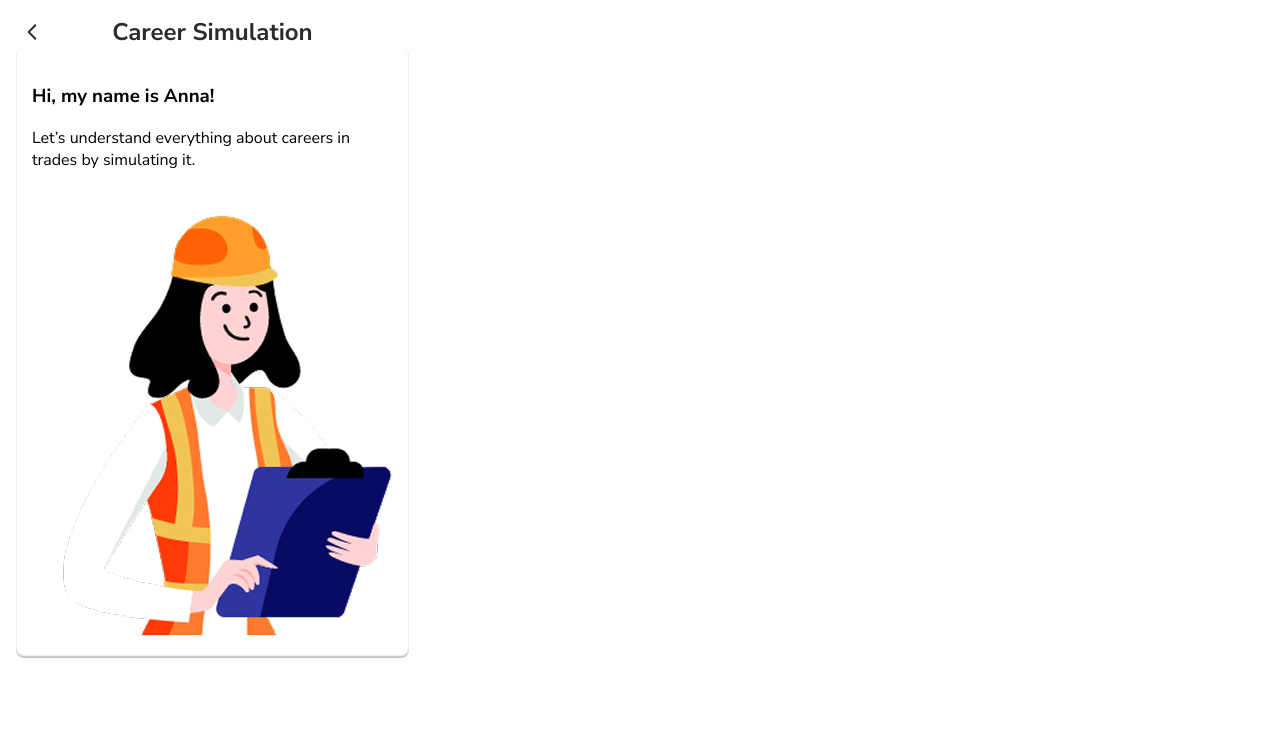
Repository: daniel-liu01/week10books
Page: /
The author's editor kept a copy of each file at every save. The page is drawn from the files as they stood at one save, then again after the next save.
The browser window is 1280 px wide. The pictures show the whole page.
The project was rebuilt for these pictures with package versions that can differ from the ones it lists, and the page was loaded fresh each time. Also part of the build but not shown: vite.config.js, vite.config.ts, src/App.css.

Above is the page before, as saved 2025-10-17 17:57:44.

After the next save:
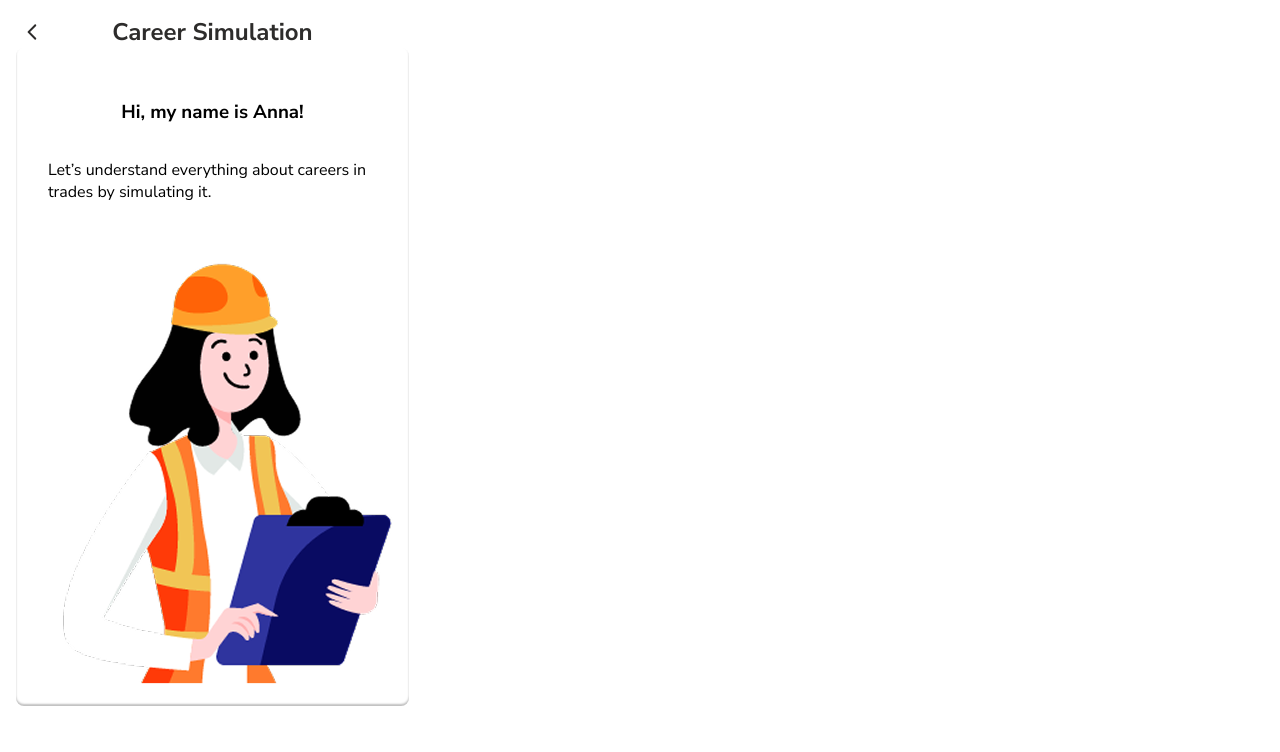
Saved 2 min 24 s later.
--- a/components/Card/Card.module.css
+++ b/components/Card/Card.module.css
@@ -12,6 +12,13 @@
 }
 
 .content {
+    display: flex;
+    padding: 16px;
+    flex-direction: column;
+    justify-content: space-between;
+    align-items: center;
+    flex: 1 0 0;
+    align-self: stretch;
 }
 
 .title {
